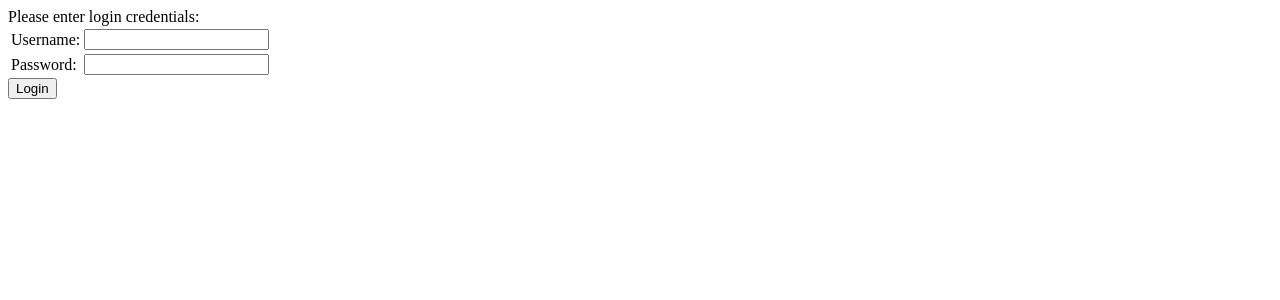
Repository: Kevin-Zhang-0/cs336Project
Page: http://localhost/cs336Sample/
The author's editor kept a copy of each file at every save. The page is drawn from the files as they stood at one save, then again after the next save.
The browser window is 1280 px wide. The pictures show the whole page.
The page is served by Tomcat 9. Other server files are loaded and not shown.

Above is the page before, as saved 2022-05-04 03:04:10.

### cs336Sample/src/main/webapp/loginPage.jsp
<%@ page language="java" contentType="text/html; charset=ISO-8859-1"
    pageEncoding="ISO-8859-1" import="com.cs336.pkg.*"%>
<%@ page import="java.io.*,java.util.*,java.sql.*"%>
<%@ page import="javax.servlet.http.*,javax.servlet.*" %>


<!DOCTYPE html PUBLIC "-//W3C//DTD HTML 4.01 Transitional//EN" "http://www.w3.org/TR/html4/loose.dtd">
<html>
	<head>
		<meta http-equiv="Content-Type" content="text/html; charset=ISO-8859-1">
		<title>User Login</title>
	</head>

	<body>



	Please enter login credentials:
	<br>
		<form method="post" action="loginLogic.jsp">
			<table>
				<tr>
					<td>Username:</td><td><input type="text" name="username"></td>
				</tr>
				<tr>
					<td>Password:</td><td><input type="text" name="password"></td>
				</tr>
			</table>
			<input type="submit" value="Login">
		</form>
	<br>




</body>
</html>

After the next save:
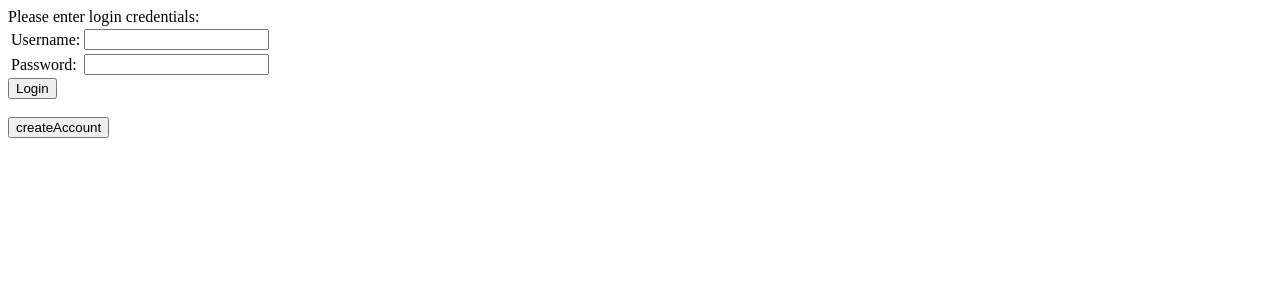
Saved 3 min 14 s later.
--- a/cs336Sample/src/main/webapp/loginPage.jsp
+++ b/cs336Sample/src/main/webapp/loginPage.jsp
@@ -31,6 +31,14 @@
 	<br>
 
 
+	<form method="get" action="createAccount.jsp">
+
+		<input type="submit" value="createAccount">
+
+	</form>
+
+
+
 
 
 </body>
